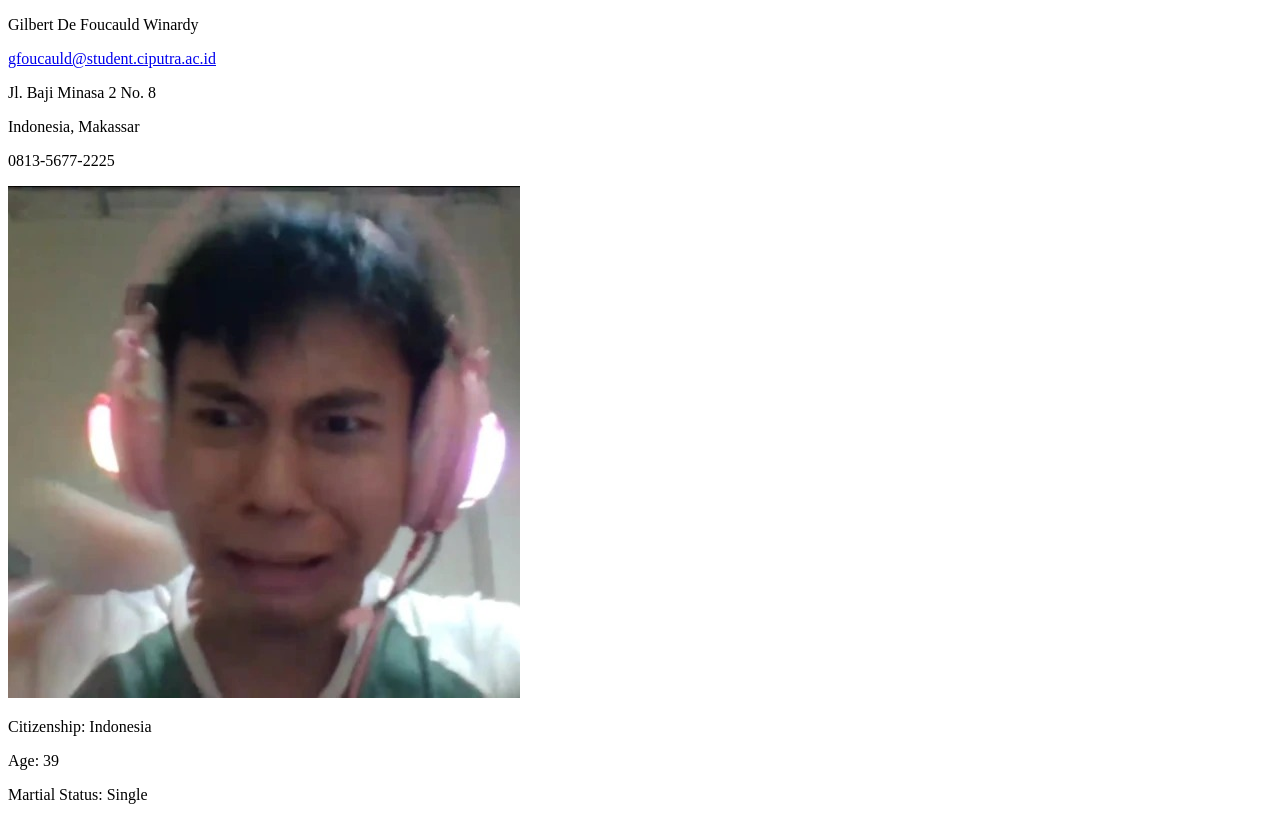
Repository: Gibekkk/WebPro
Page: Tugas Lab 1/index.html
These files come from the project's save history. The page is drawn as it stood at one moment and after the next save; the edit follows.
The browser window is 1280 px wide. The pictures show the whole page.

Above is the page before, as saved 2024-03-25 12:50:27.

### Tugas Lab 1/index.html
<!DOCTYPE html>
<html lang="en">
<head>
    <meta charset="UTF-8">
    <meta name="viewport" content="width=device-width, initial-scale=1.0">
    <title>Portfolio</title>
    <link rel="stylesheet" href="style.css">
</head>
<body>
    <header>
        <div class="title">
            <p class="name">Gilbert De Foucauld Winardy</p>
            <a href="gfoucauld@student.ciputra.ac.id">gfoucauld@student.ciputra.ac.id</a>
            <p>Jl. Baji Minasa 2 No. 8</p>
            <p>Indonesia, Makassar</p>
            <p>0813-5677-2225</p>
        </div>
        <div class="picture">
            <img class="profile-pic" src="javin.jpg">
        </div>
        <div class="description">
            <p>Citizenship: Indonesia</p>
            <p>Age: 39</p>
            <p>Martial Status: Single</p>
        </div>
    </header>
</body>
</html>

### Tugas Lab 1/style.css
title{
    background-color: red;
}

After the next save:
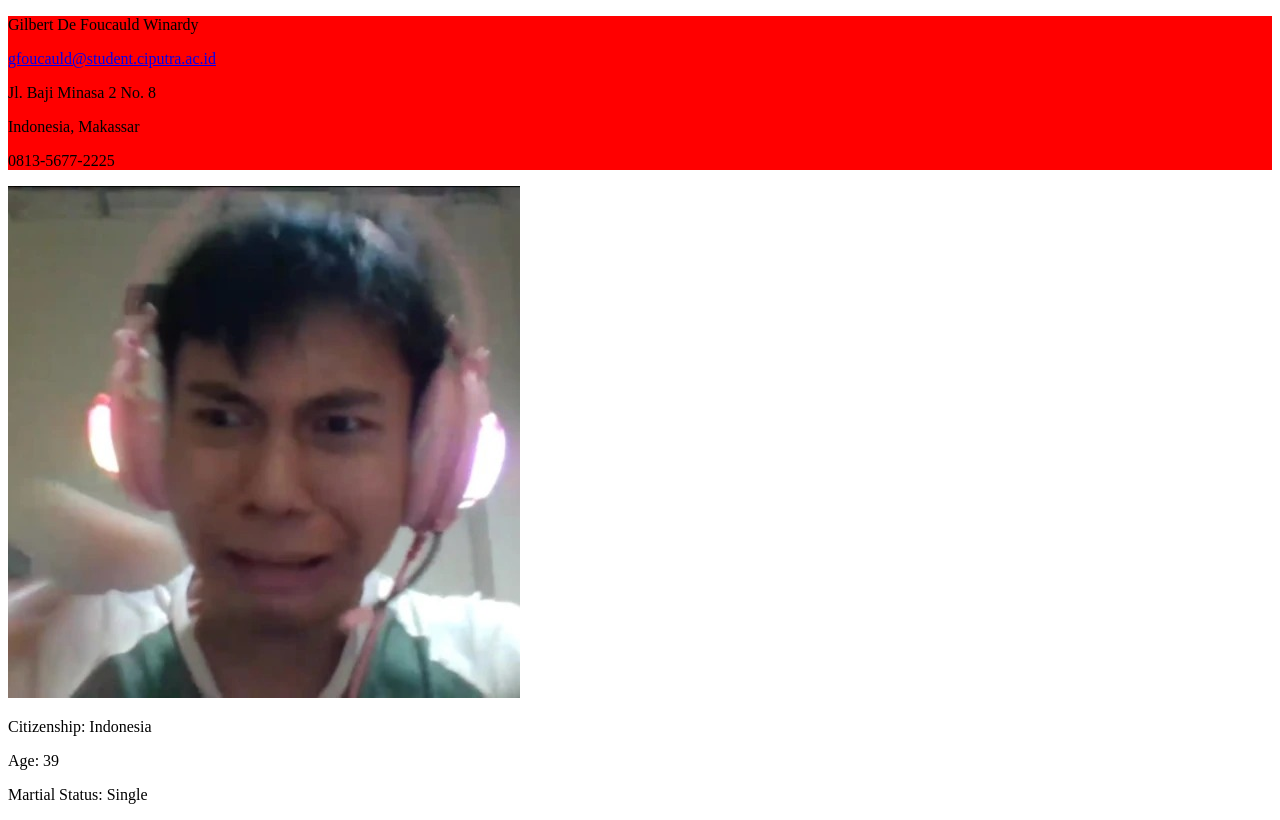
Saved 77 s later.
--- a/Tugas Lab 1/style.css
+++ b/Tugas Lab 1/style.css
@@ -1,3 +1,3 @@
-title{
+.title{
     background-color: red;
 }
